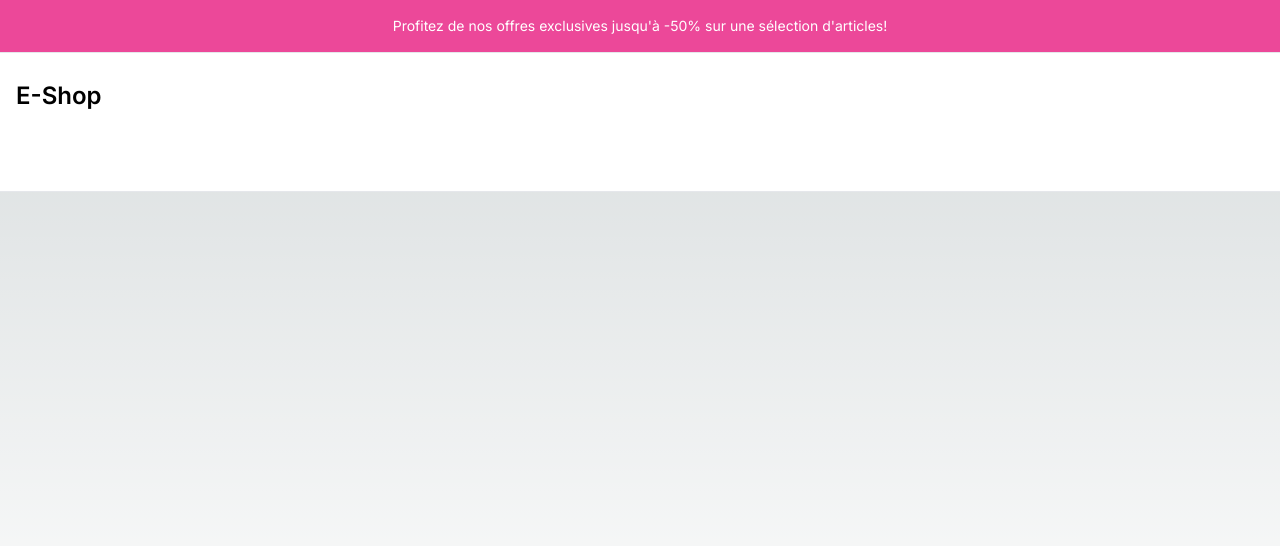
Repository: SDlevelUp/e-shop
Page: /
These files come from the project's save history. The page is drawn as it stood at one moment and after a run of saves; the edit follows.
The browser window is 1280 px wide. The pictures show the whole page.
The project was rebuilt for these pictures with package versions that can differ from the ones it lists, and the page was loaded fresh each time. The framework's server and built-in components were replaced by stand-ins that run in the browser. Also part of the build but not shown: next.config.js.

Above is the page before, as saved 2023-08-29 09:13:28.

### src/app/layout.js
import './globals.css'
import { Inter } from 'next/font/google';
import Navbar from '@/components/Navbar/Navbar';
import GlobalState from '@/context';
const inter = Inter({ subsets: ['latin'] })

export const metadata = {
  title: 'E-Shop, votre boutique en ligne',
  description: 'Generated by create next app',
};

export default function RootLayout({ children }) {
  return (
    <html lang="en">
      <head>
        <meta charSet="UTF-8" />
        <meta name="viewport" content="width=device-width, initial-scale=1.0" />
        <title>{metadata.title}</title>
        <meta name="description" content={metadata.description} />
      </head>
      <body className={inter.className}>
        <GlobalState>
          <Navbar />
          <main>{children}</main>
        </GlobalState>
      </body>
    </html>
  )
}

### src/app/page.js
import React from 'react';

function Home() {
  return (
    <main className="flex min-h-screen flex-col items-center justify-between p-24">
      <div>

      </div>
    </main>
  );
}

export default Home;

### src/components/Navbar/Navbar.jsx
"use client";

export default function Navbar() {
    return (
        <>
            <div className="bg-white fixed z-40 w-full top-0 left-0 border-b border-gray-200 h-48">
                <header className="bg-pink-500 z-50 w-full top-0 left-0 border-b border-gray-200 fixed">
                    <div className="max-w-screen-xl flex items-center justify-center mx-auto p-4">
                        <div className="flex items-center cursor-pointer">
                            <span className="text-white text-sm">
                                Profitez de nos offres exclusives jusqu'à -50% sur une sélection d'articles!
                            </span>
                        </div>
                    </div>
                </header>

                <nav className="max-w-screen-xl flex items-center justify-between mx-auto p-4 mt-16" >
                    <div className="flex items-center cursor-pointer">
                        <span className="self-center text-2xl font-semibold whitespace-nowrap">
                            E-Shop
                        </span>
                    </div>
                    {/* Supprimez la div vide */}
                </nav>
            </div>
        </>
    );
}

### src/context/index.js
"use client";

import { createContext } from 'react';

export const GlobalContext = createContext(null);

export default function GlobalState({ children }) {
    return (
        <GlobalContext.Provider value={{}}>{children}</GlobalContext.Provider>
    )
}

Loaded but not shown: src/app/globals.css (common file); tailwind.config.js (common file)

After the next 3 saves:
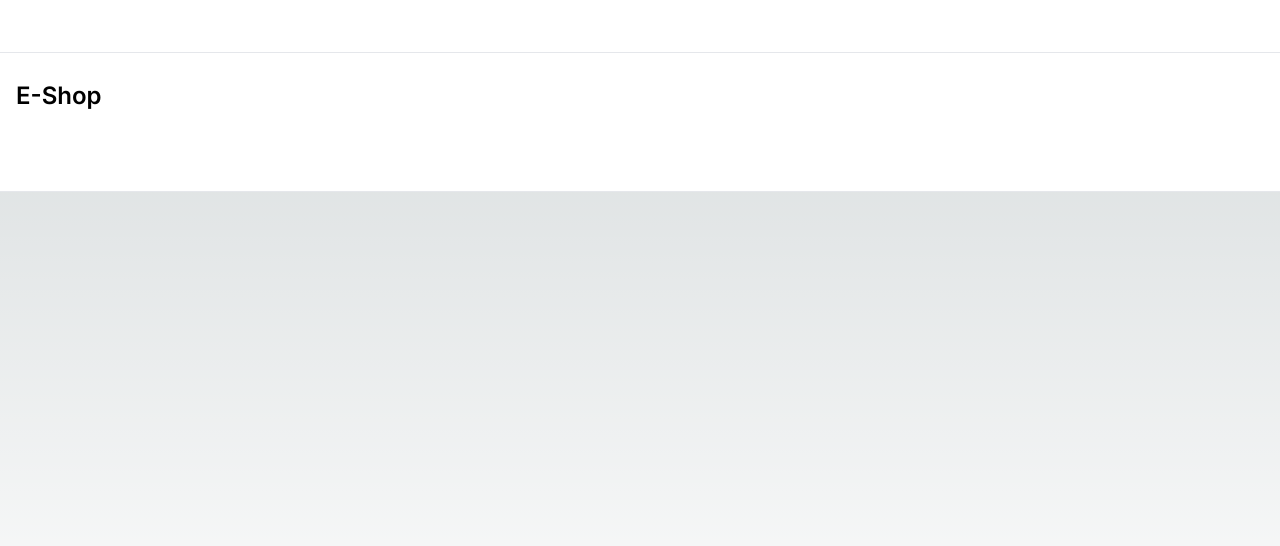
The 3 saves are shown as one change because they came seconds apart.
The last was saved 20 s later.
--- a/src/components/Navbar/Navbar.jsx
+++ b/src/components/Navbar/Navbar.jsx
@@ -4,7 +4,7 @@ export default function Navbar() {
     return (
         <>
             <div className="bg-white fixed z-40 w-full top-0 left-0 border-b border-gray-200 h-48">
-                <header className="bg-pink-500 z-50 w-full top-0 left-0 border-b border-gray-200 fixed">
+                <header className="bg-black-500 z-50 w-full top-0 left-0 border-b border-gray-200 fixed">
                     <div className="max-w-screen-xl flex items-center justify-center mx-auto p-4">
                         <div className="flex items-center cursor-pointer">
                             <span className="text-white text-sm">
